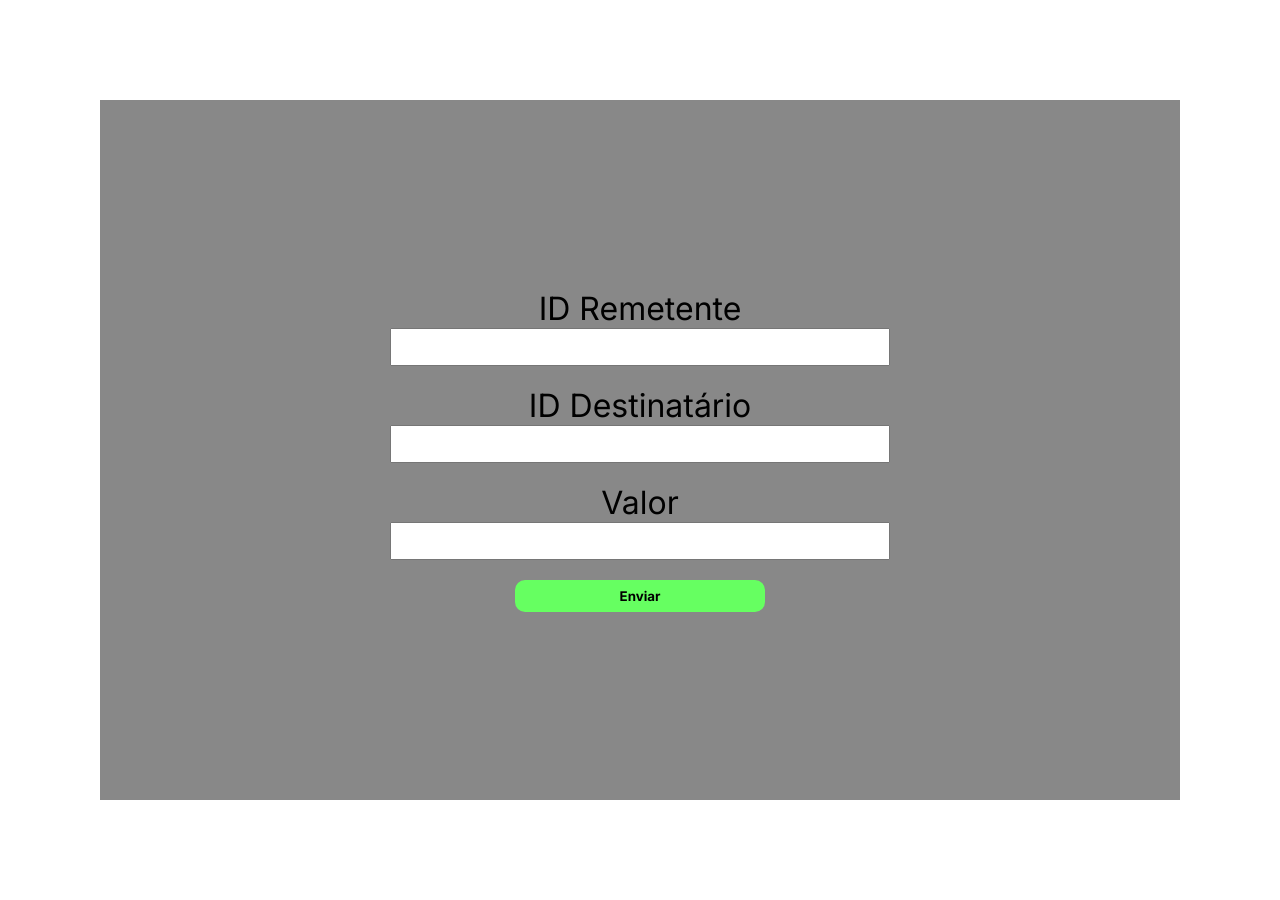
Repository: mateusilva8/tarefa-pix
Page: frontend/pix.html
These files come from the project's save history. The page is drawn as it stood at one moment and after the next save; the edit follows.
The browser window is 1280 px wide. The pictures show the whole page.

Above is the page before, as saved 2023-10-22 14:13:54.

After the next save:
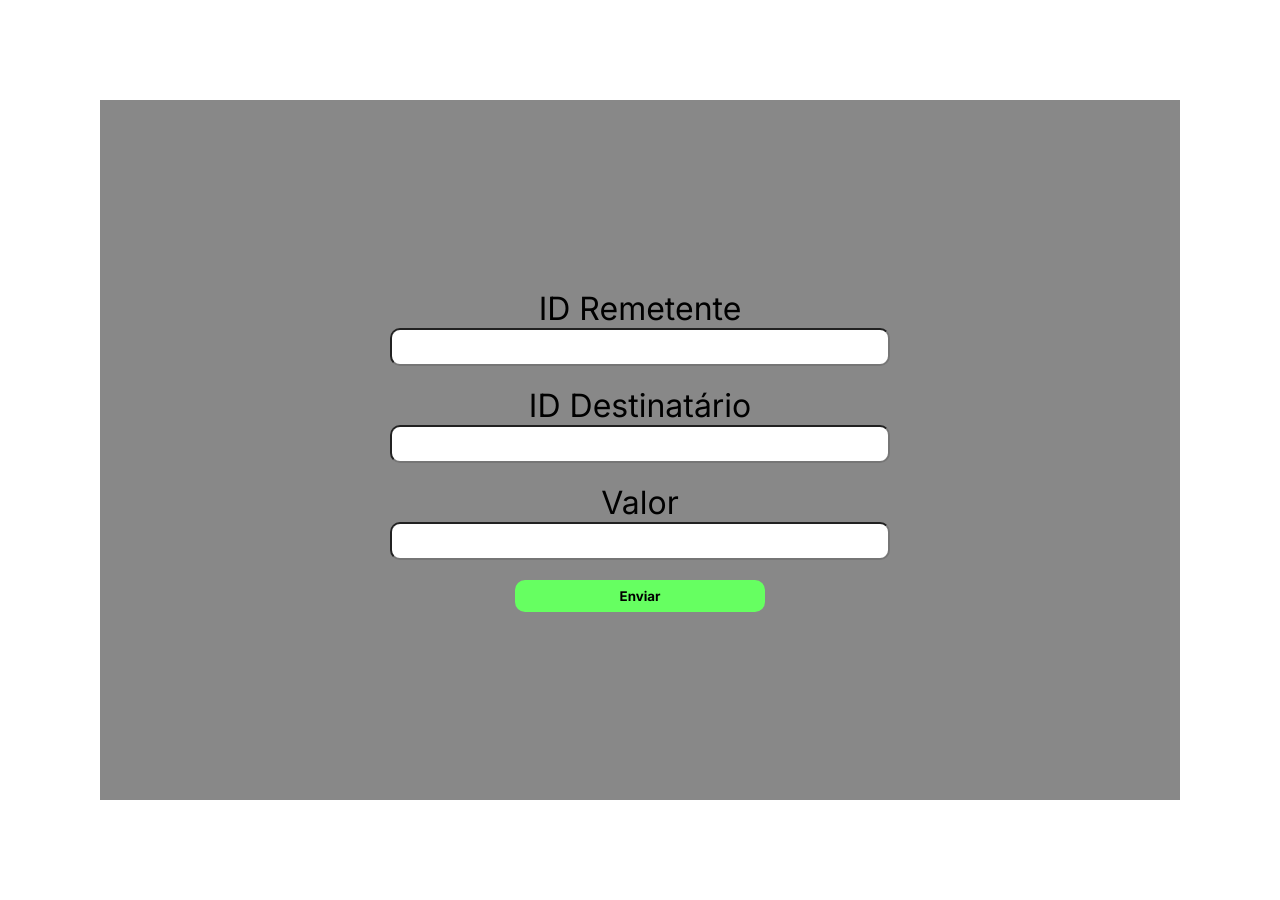
Saved 26 s later.
--- a/frontend/css/pix.css
+++ b/frontend/css/pix.css
@@ -38,6 +38,7 @@ body {
 
 input {
     height: 2rem;
+    border-radius: 10px;
 
 }
 
